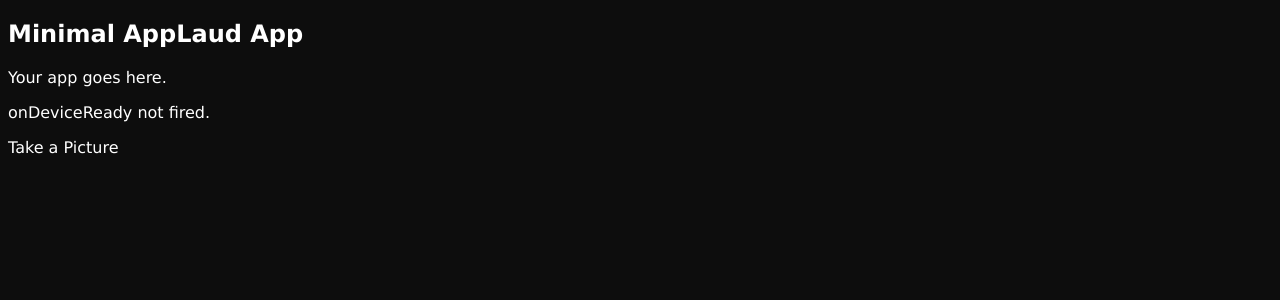
Repository: Unitech/OpenStreetMap
Page: lib/cordova_mobile_app/OpenStreetMap/assets/www/index.html
These files come from the project's save history. The page is drawn as it stood at one moment and after the next save; the edit follows.
The browser window is 1280 px wide. The pictures show the whole page.
Some web libraries are served in a nearby version.

Above is the page before, as saved 2012-06-25 22:54:12.

### lib/cordova_mobile_app/OpenStreetMap/assets/www/index.html
<!DOCTYPE HTML>
<html>
  <head>
    <meta name="viewport" content="width=320; user-scalable=no" />
    <meta http-equiv="Content-type" content="text/html; charset=utf-8">
    <title>OpenStreetArt Mobile App</title>


    <link rel="stylesheet" href="index.css" />


	  <script type="text/javascript" charset="utf-8" src="phonegap-1.4.1.js"></script>
	  <script src="http://code.jquery.com/jquery-1.7.2.min.js"></script>


  </head>
  <body onload="init();" id="stage" class="theme">
  	<div class="bottom-menu">

  	</div>
    <h2>Minimal AppLaud App</h2>

	<p>Your app goes here.</p>
	<p>
    <span id="devready">onDeviceReady not fired.</span>
    </p>

    <div data-role="button" onclick="take_pic();">Take a Picture</div>
   <img id="cameraImage" src="" width="320" />


	<script type="text/javascript" charset="utf-8" src="apis/camera.js"></script>
	<script type="text/javascript" charset="utf-8" src="apis/geolocation.js"></script>
	<script type="text/javascript" charset="utf-8" src="index.js"></script>

  </body>
</html>

### lib/cordova_mobile_app/OpenStreetMap/assets/www/index.css

body {
	font-family: verdana, arial, helvetica, sans-serif;
	background-color : #0D0D0D;
	color : white;
}

### lib/cordova_mobile_app/OpenStreetMap/assets/www/apis/camera.js
/* Copyright (c) 2012 Mobile Developer Solutions. All rights reserved.
 * This software is available under the MIT License:
 * The MIT License
 * Permission is hereby granted, free of charge, to any person obtaining a copy of this software
 * and associated documentation files (the "Software"), to deal in the Software without restriction,
 * including without limitation the rights to use, copy, modify, merge, publish, distribute,
 * sublicense, and/or sell copies of the Software, and to permit persons to whom the Software
 * is furnished to do so, subject to the following conditions:
 *
 * The above copyright notice and this permission notice shall be included in all copies
 * or substantial portions of the Software.
 *
 * THE SOFTWARE IS PROVIDED "AS IS", WITHOUT WARRANTY OF ANY KIND, EXPRESS OR IMPLIED,
 * INCLUDING BUT NOT LIMITED TO THE WARRANTIES OF MERCHANTABILITY, FITNESS FOR A PARTICULAR
 * PURPOSE AND NONINFRINGEMENT. IN NO EVENT SHALL THE AUTHORS OR COPYRIGHT HOLDERS BE LIABLE
 * FOR ANY CLAIM, DAMAGES OR OTHER LIABILITY, WHETHER IN AN ACTION OF CONTRACT, TORT OR OTHERWISE,
 * ARISING FROM, OUT OF OR IN CONNECTION WITH THE SOFTWARE OR THE USE OR OTHER DEALINGS IN THE SOFTWARE.
 */


var pictureSource;   // picture source
var destinationType; // sets the format of returned value
// See the above in device.js for their assignments

// api-camera


function onPhotoURISuccess(imageURI) {
    console.log("* * * onPhotoURISuccess");
    // Uncomment to view the image file URI
    // console.log(imageURI);
    var cameraImage = document.getElementById('cameraImage');
    cameraImage.style.visibility = 'visible';
    cameraImage.src = imageURI;
}


function album_pic() {
    navigator.camera.getPicture(onPhotoURISuccess, function(ex) {
            alert("Camera Error!"); },
            { quality: 30,
        destinationType: destinationType.FILE_URI,
        // Android Quirk: Camera.PictureSourceType.PHOTOLIBRARY and
        // Camera.PictureSourceType.SAVEDPHOTOALBUM display the same photo album.
        sourceType: pictureSource.SAVEDPHOTOALBUM });
}

### lib/cordova_mobile_app/OpenStreetMap/assets/www/index.js



var step3 = function(imageData, coords) {
    console.log("Step3 - sending photo");
    var cameraImage = document.getElementById('cameraImage');
    cameraImage.style.visibility = 'visible';
    cameraImage.src = "data:[embedded picture, 23 characters]" + imageData;

    $.post('http://192.168.1.45:3000/spots/remote_create', { spot :
                                                                {
                                                                  main_image_base64 : imageData,
                                                                  lat : coords.latitude,
                                                                  lng : coords.longitude,
                                                                  content : 'sisis'}},
                                                                  function() {
                                                                             alert('ok');
                                                                  });

}

var step2 = function(image64) {
    var success = function(pos) {
        console.log('o-*** * ** * * * * key geoloc = ' + pos.coords.accuracy + ' lng = ' + pos.coords.longitude);
        step3(image64, pos.coords);
        //pos.coords.latitude;
        //pos.coords.longitude;
        //pos.coords.accuracy;
    };
    var fail = function(error) {
        //step3(false);
        console.log('Error when getting position');
        return;
    };

    console.log("Getting geolocation . . .");
    navigator.geolocation.getCurrentPosition(success, fail);
};


function take_pic() {
    navigator.camera.getPicture(step2, function(ex) {
        alert("Camera Error!");
    }, {
        quality : 30,
        destinationType: Camera.DestinationType.DATA_URL
    });
}

var onDeviceReady = function() {
    document.getElementById("devready").innerHTML = "OnDeviceReady fired.";
};

function init() {
    document.addEventListener("deviceready", onDeviceReady, true);
}

Loaded but not shown: lib/cordova_mobile_app/OpenStreetMap/assets/www/phonegap-1.4.1.js (library); lib/cordova_mobile_app/OpenStreetMap/assets/www/apis/geolocation.js (library)

After the next save:
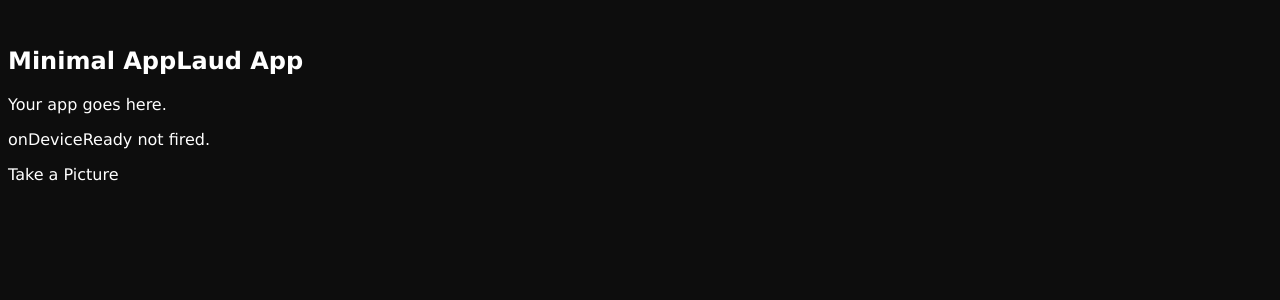
Saved 18 s later.
--- a/lib/cordova_mobile_app/OpenStreetMap/assets/www/index.html
+++ b/lib/cordova_mobile_app/OpenStreetMap/assets/www/index.html
@@ -16,7 +16,7 @@
   </head>
   <body onload="init();" id="stage" class="theme">
   	<div class="bottom-menu">
-
+  		&nbsp;
   	</div>
     <h2>Minimal AppLaud App</h2>
 
